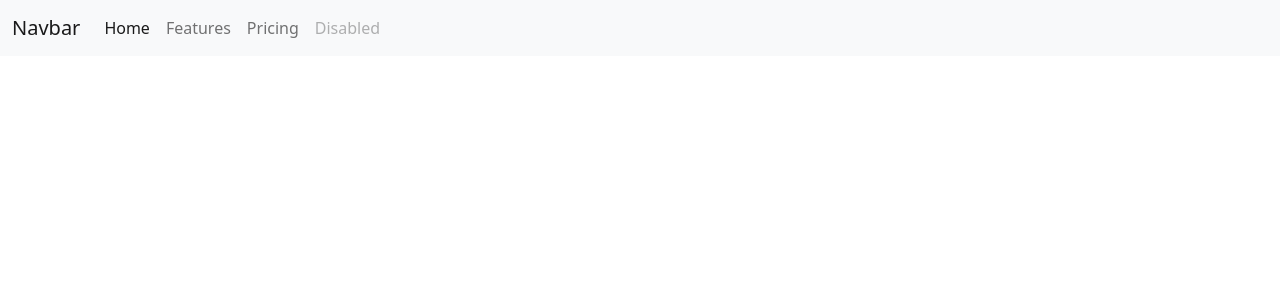
Repository: uditjain100/Flask2021
Page: http://localhost/
These files come from the project's save history. The page is drawn as it stood at one moment and after the next save; the edit follows.
The browser window is 1280 px wide. The pictures show the whole page.
The page is served by the project's application, run on Flask 3 (app.py).

Above is the page before, as saved 2021-03-21 00:43:41.

### templates/index.html
<!DOCTYPE html>
<html lang="en">
  <head>
    <!-- Required meta tags -->
    <meta charset="utf-8" />
    <meta name="viewport" content="width=device-width, initial-scale=1" />

    <!-- Bootstrap CSS -->
    <link
      href="https://cdn.jsdelivr.net/npm/bootstrap@5.0.0-beta2/dist/css/bootstrap.min.css"
      rel="stylesheet"
      integrity="sha384-BmbxuPwQa2lc/FVzBcNJ7UAyJxM6wuqIj61tLrc4wSX0szH/Ev+nYRRuWlolflfl"
      crossorigin="anonymous"
    />

    <title>My App</title>
  </head>
  <body>
    <nav class="navbar navbar-expand-lg navbar-light bg-light">
      <div class="container-fluid">
        <a class="navbar-brand" href="#">Navbar</a>
        <button
          class="navbar-toggler"
          type="button"
          data-bs-toggle="collapse"
          data-bs-target="#navbarNav"
          aria-controls="navbarNav"
          aria-expanded="false"
          aria-label="Toggle navigation"
        >
          <span class="navbar-toggler-icon"></span>
        </button>
        <div class="collapse navbar-collapse" id="navbarNav">
          <ul class="navbar-nav">
            <li class="nav-item">
              <a class="nav-link active" aria-current="page" href="#">Home</a>
            </li>
            <li class="nav-item">
              <a class="nav-link" href="#">Features</a>
            </li>
            <li class="nav-item">
              <a class="nav-link" href="#">Pricing</a>
            </li>
            <li class="nav-item">
              <a
                class="nav-link disabled"
                href="#"
                tabindex="-1"
                aria-disabled="true"
                >Disabled</a
              >
            </li>
          </ul>
        </div>
      </div>
    </nav>

    <div class="container"></div>
    <!-- Optional JavaScript; choose one of the two! -->

    <!-- Option 1: Bootstrap Bundle with Popper -->
    <script
      src="https://cdn.jsdelivr.net/npm/bootstrap@5.0.0-beta2/dist/js/bootstrap.bundle.min.js"
      integrity="sha384-b5kHyXgcpbZJO/tY9Ul7kGkf1S0CWuKcCD38l8YkeH8z8QjE0GmW1gYU5S9FOnJ0"
      crossorigin="anonymous"
    ></script>

    <!-- Option 2: Separate Popper and Bootstrap JS -->
    <!--
    <script src="https://cdn.jsdelivr.net/npm/@popperjs/core@2.6.0/dist/umd/popper.min.js" integrity="sha384-KsvD1yqQ1/1+IA7gi3P0tyJcT3vR+NdBTt13hSJ2lnve8agRGXTTyNaBYmCR/Nwi" crossorigin="anonymous"></script>
    <script src="https://cdn.jsdelivr.net/npm/bootstrap@5.0.0-beta2/dist/js/bootstrap.min.js" integrity="sha384-nsg8ua9HAw1y0W1btsyWgBklPnCUAFLuTMS2G72MMONqmOymq585AcH49TLBQObG" crossorigin="anonymous"></script>
    -->
  </body>
</html>

### app.py
from flask import Flask, render_template
app = Flask(__name__)


@app.route('/')
def hello_world():
    return render_template("index.html")


if __name__ == "__main__":
    app.run(debug=True, port=8000)

After the next save:
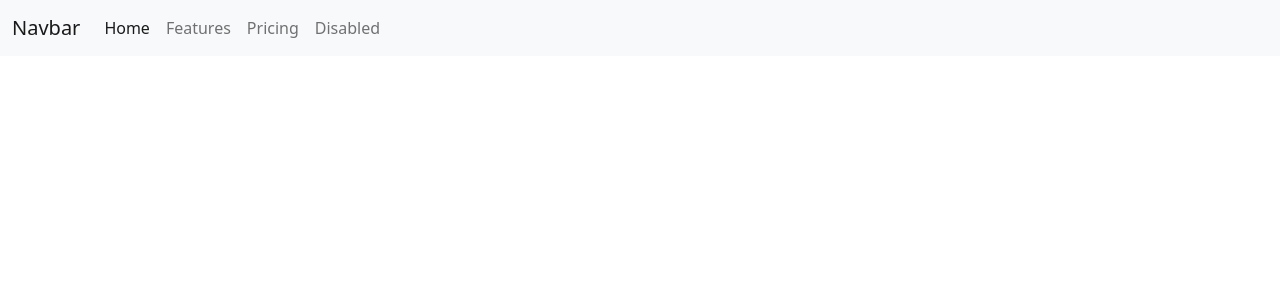
Saved 34 s later.
--- a/templates/index.html
+++ b/templates/index.html
@@ -42,13 +42,7 @@
               <a class="nav-link" href="#">Pricing</a>
             </li>
             <li class="nav-item">
-              <a
-                class="nav-link disabled"
-                href="#"
-                tabindex="-1"
-                aria-disabled="true"
-                >Disabled</a
-              >
+              <a class="nav-link">Disabled</a>
             </li>
           </ul>
         </div>
